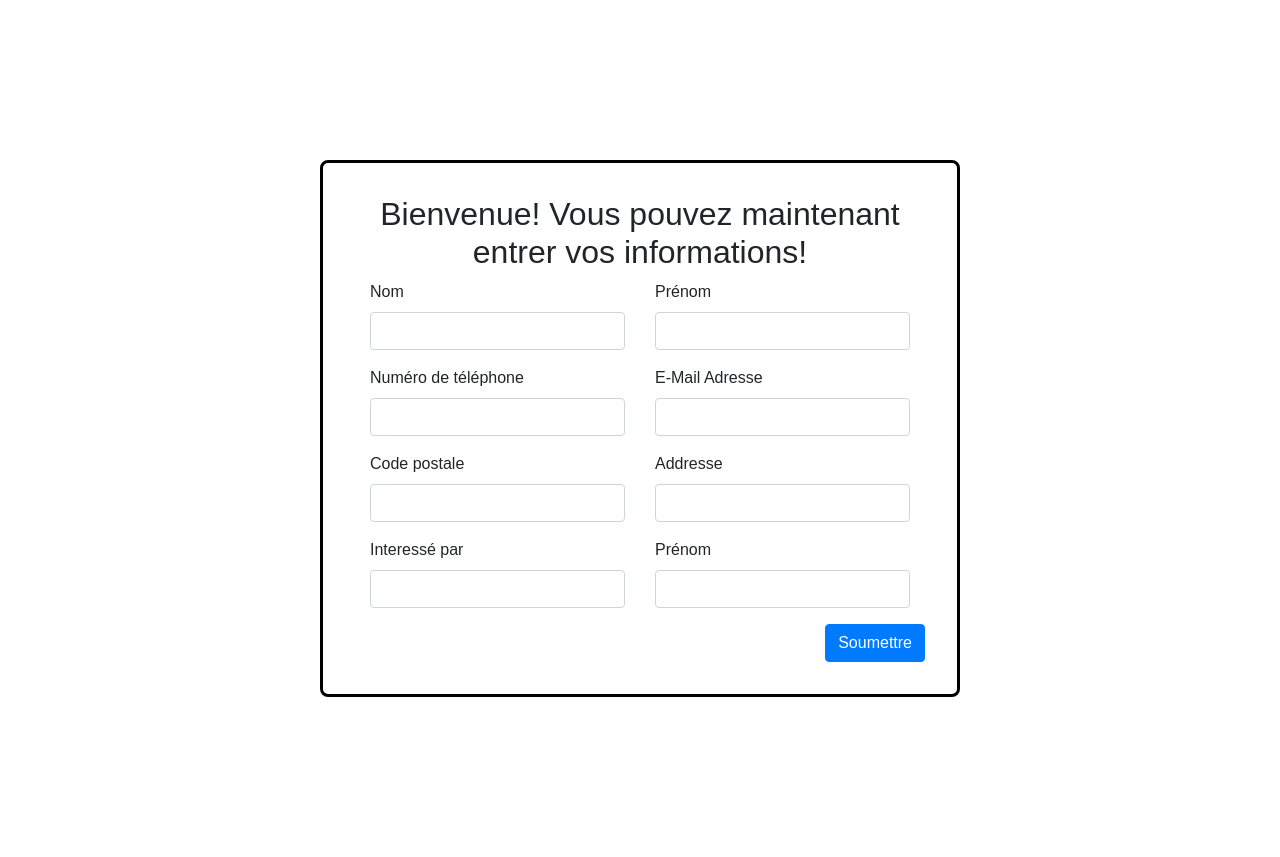
Repository: Aminox84/frontend-main
Page: /, after clicking the first element matching `button.btn`
An editor plug-in stored every save of this project. The page is shown before and after the next save, followed by the edit.
The browser window is 1280 px wide. The pictures show the whole page.
The project was rebuilt for these pictures with package versions that can differ from the ones it lists, and the page was loaded fresh each time.

Above is the page before, as saved 2022-12-29 19:56:59.

After the next save:
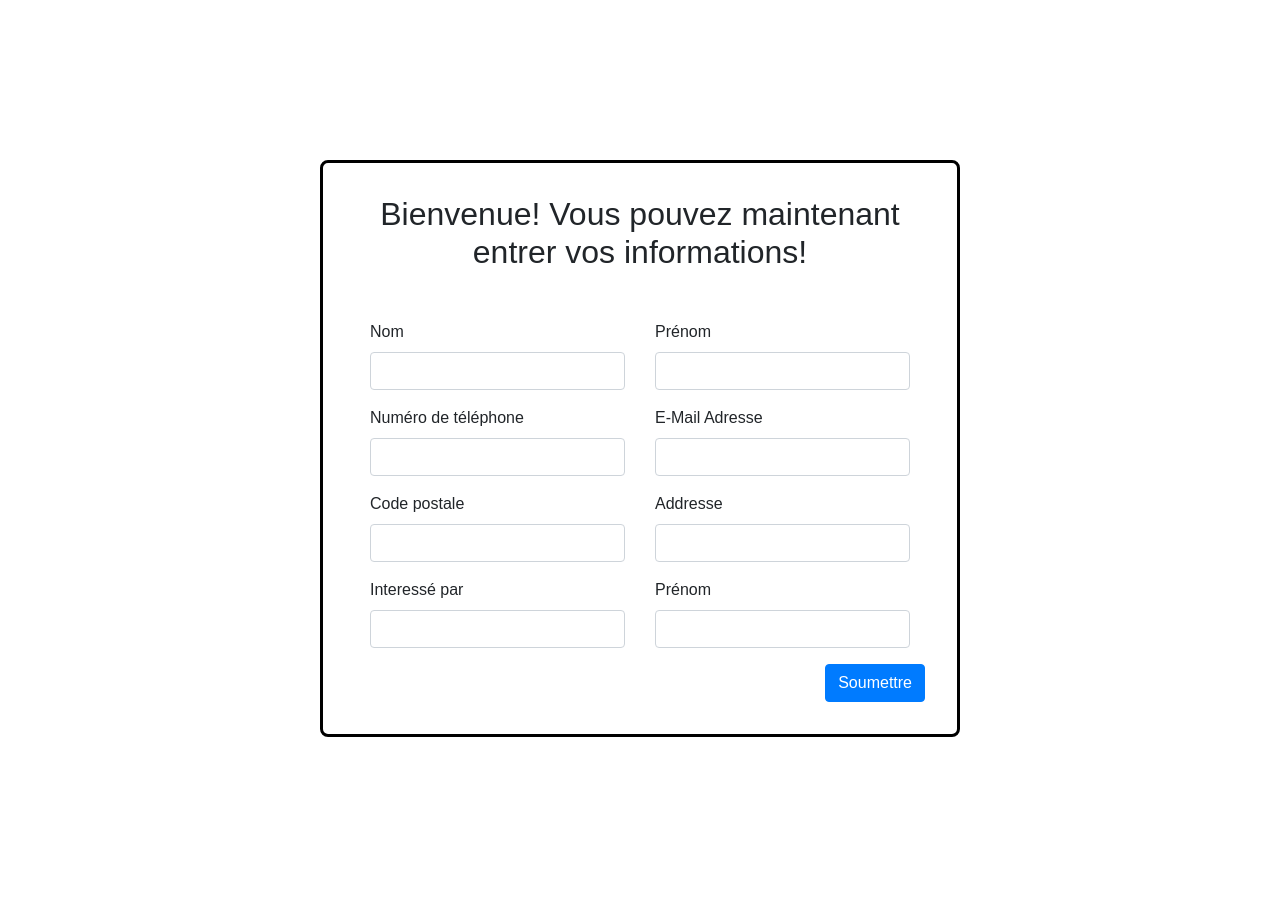
Saved 11 s later.
--- a/src/userForm.tsx
+++ b/src/userForm.tsx
@@ -4,7 +4,7 @@ export function UserForm() {
 
       <h2 style={{textAlign:"center"}}>Bienvenue! Vous pouvez maintenant entrer vos informations!</h2>
 
-<div className="container">
+<div className="container mt-5">
   <div className="row">
     <div className="col">
     <div className="form-group">
